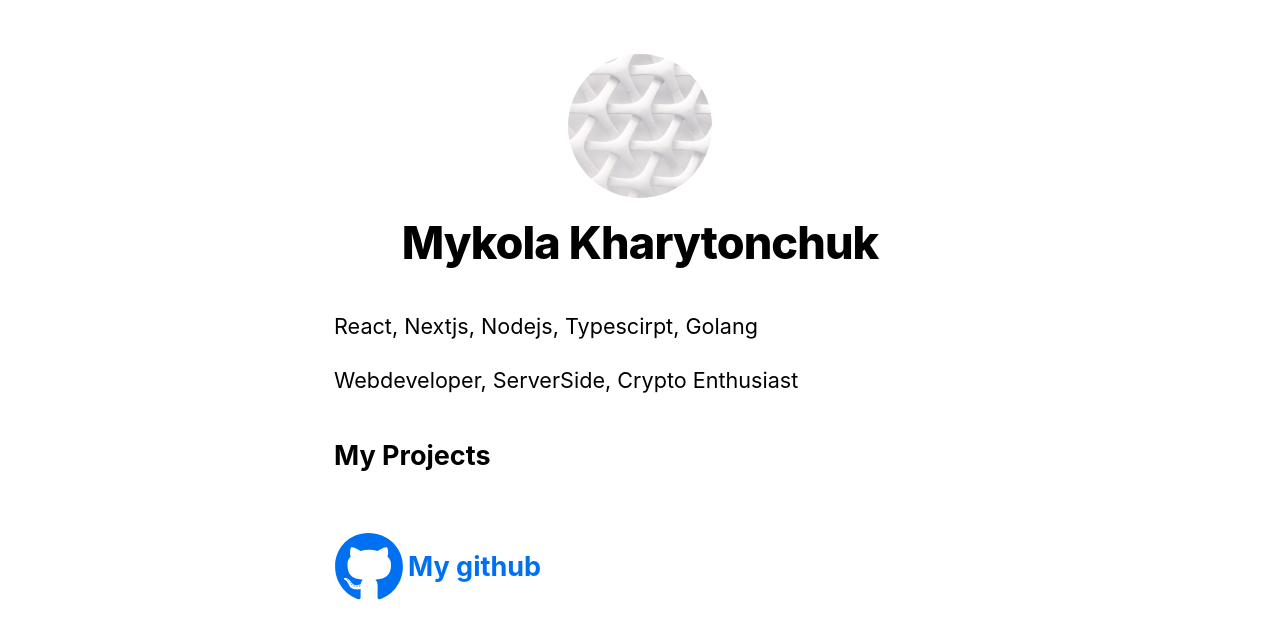
Repository: Mooninghnk/resume
Page: /
The author's editor kept a copy of each file at every save. The page is drawn from the files as they stood at one save, then again after the next save.
The browser window is 1280 px wide. The pictures show the whole page.
The project was rebuilt for these pictures with package versions that can differ from the ones it lists, and the page was loaded fresh each time. The framework's server and built-in components were replaced by stand-ins that run in the browser.

Above is the page before, as saved 2021-12-29 21:04:07.

After the next save:
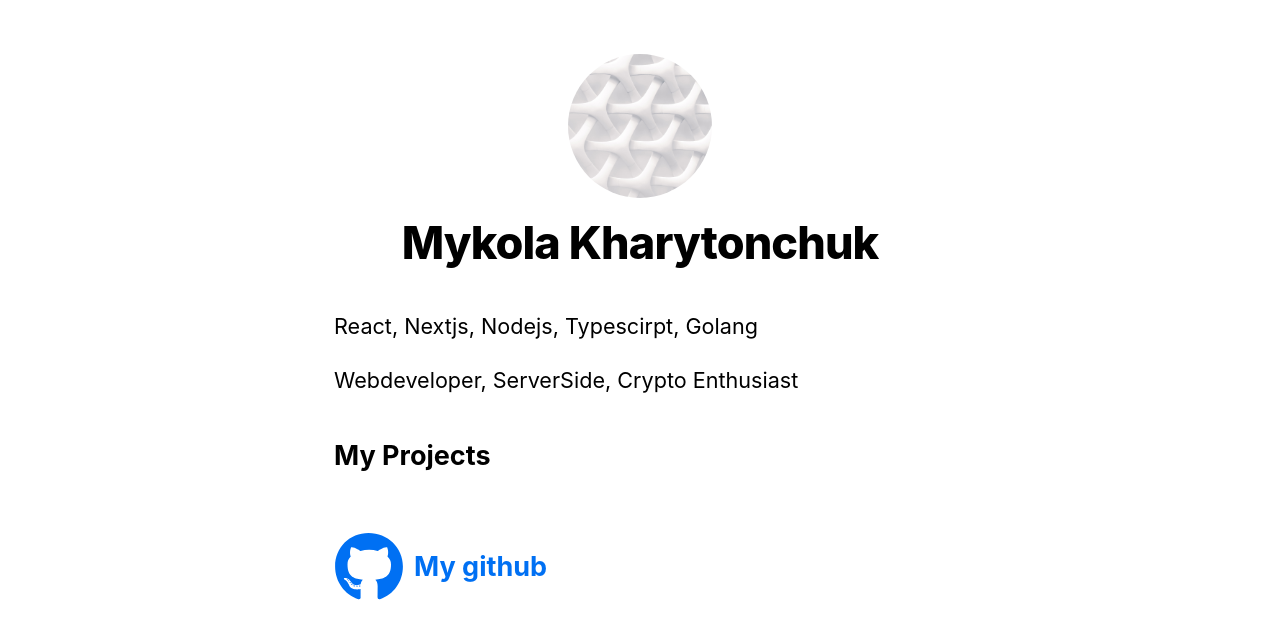
Saved 4 s later.
--- a/pages/index.tsx
+++ b/pages/index.tsx
@@ -22,7 +22,7 @@ export default function Home({ allPostsData }) {
             <small  className={utilStyles.lightText}>
               <Link href={"https://github.com/Mooninghnk"}>
                 <div style={{display: "inline-flex", alignItems: "center"}}>
-                 <FaGithub size={70} style={{marginRight: "4px"}}/>
+                 <FaGithub size={70} style={{marginRight: "10px"}}/>
                 <h1 >{" "} My github</h1>
                  </div>
 
